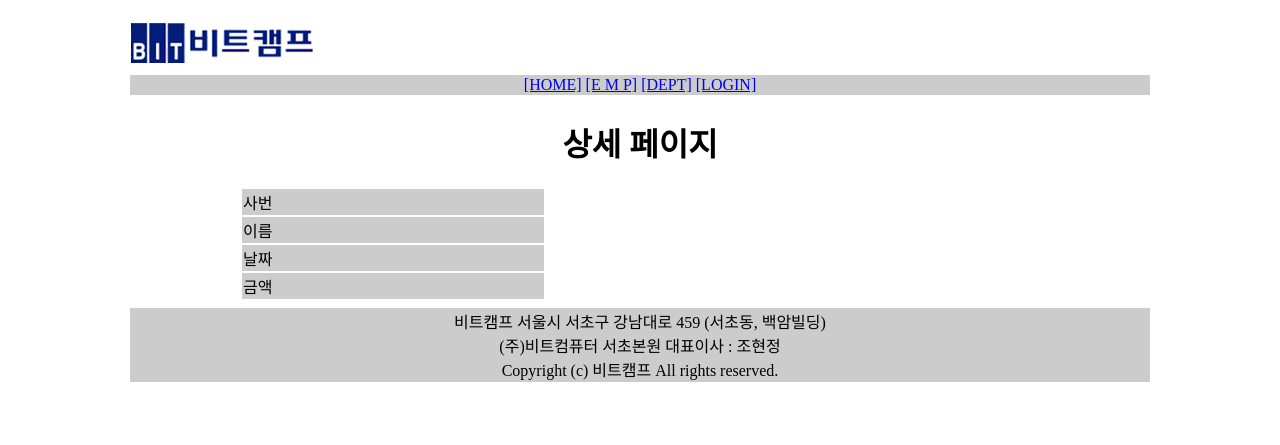
Repository: Deepsky110/LectureNotes
Page: http://localhost/web08/emp/detail.jsp
These files come from the project's save history. The page is drawn as it stood at one moment and after the next save; the edit follows.
The browser window is 1280 px wide. The pictures show the whole page.
The page is served by Tomcat 9. Other server files are loaded and not shown. Queries for data that is not in the repository find no rows.

Above is the page before, as saved 2020-07-07 03:38:09.

### web08/WebContent/emp/detail.jsp
<%@page import="java.util.ArrayList"%>
<%@page import="com.bit.emp.EmpDto"%>
<%@page import="com.bit.emp.EmpCRUD"%>
<%@ page language="java" contentType="text/html; charset=EUC-KR"
    pageEncoding="EUC-KR"%>
<!DOCTYPE html PUBLIC "-//W3C//DTD HTML 4.01 Transitional//EN" "http://www.w3.org/TR/html4/loose.dtd">
<html>
<head>
<meta http-equiv="Content-Type" content="text/html; charset=EUC-KR">
<title>Insert title here</title>
</head>
<body>
	<table width="1024" align="center">
		<tr>
			<td>
				<img alt="" src="img/logo.png">
			</td>
		</tr>
		<tr>
			<td align="center" bgcolor="#cccccc">
				<a href="../index.jsp">[HOME]</a>
				<a href="./emp/lisg.jsp">[E M P]</a>
				<a href="../dept/list.jsp">[DEPT]</a>
				<a href="../login/form.jsp">[LOGIN]</a>
			</td>
		</tr>
		<tr>
			<td>
				<!-- content start -->
				<center>
				<h1>상세 페이지</h1>
				<jsp:useBean id="bean" class="com.bit.emp.EmpDto"></jsp:useBean>
				<jsp:setProperty property="sabun" name="bean"/>
				<%
				bean = EmpCRUD.detail(bean.getSabun());
				%>
					<table width="800">
						<tr>
							<td width="300" bgcolor="#cccccc">사번</td>
							<td></td>
						</tr>
						<tr>
							<td width="300" bgcolor="#cccccc">이름</td>
							<td></td>
						</tr>
						<tr>
							<td width="300" bgcolor="#cccccc">날짜</td>
							<td></td>
						</tr>
						<tr>
							<td width="300" bgcolor="#cccccc">금액</td>
							<td></td>
						</tr>
						<tr>
							<td colspan="2" align="center">
							</td>
						</tr>
					</table>
				</form>
				</center>
				<!-- content end -->
			</td>
		</tr>
		<tr>
			<td align="center" bgcolor="#cccccc">
				비트캠프 서울시 서초구 강남대로 459 (서초동, 백암빌딩)<br>
				(주)비트컴퓨터 서초본원 대표이사 : 조현정<br>
				Copyright (c) 비트캠프 All rights reserved.<br>
			</td>
		</tr>
	</table>

</body>
</html>

### web08/src/com/bit/emp/EmpDto.java
package com.bit.emp;

import java.sql.Date;

// javaBean => DTO(Data Transfer Object) > VO(Value Object)
public class EmpDto {
	private int sabun;
	private String name;
	private Date nalja;
	private int pay;

	public int getSabun() {
		return sabun;
	}
	public void setSabun(int sabun) {
		this.sabun = sabun;
	}
	public String getName() {
		return name;
	}
	public void setName(String name) {
		this.name = name;
	}
	public Date getNalja() {
		return nalja;
	}
	public void setNalja(Date nalja) {
		this.nalja = nalja;
	}
	public int getPay() {
		return pay;
	}
	public void setPay(int pay) {
		this.pay = pay;
	}
}

### web08/src/com/bit/emp/EmpCRUD.java
package com.bit.emp;

import java.sql.Connection;
import java.sql.ResultSet;
import java.sql.SQLException;
import java.sql.Statement;
import java.util.ArrayList;

import com.bit.util.MyOracle;

public class EmpCRUD {
	private static Connection conn;
	private static Statement stmt;
	private static ResultSet rs;

	public static ArrayList<EmpDto> list(){
		ArrayList<EmpDto> list = new ArrayList<EmpDto>();
		String sql = "select * from emp02";
		try {
			conn = MyOracle.getConn();
			stmt = conn.createStatement();
			rs = stmt.executeQuery(sql);
			while(rs.next()){
				EmpDto bean = new EmpDto();
				bean.setSabun(rs.getInt("sabun"));
				bean.setName(rs.getString("name"));
				bean.setNalja(rs.getDate("nalja"));
				bean.setPay(rs.getInt("pay"));
				list.add(bean);
			}
		} catch (SQLException e) {
			e.printStackTrace();
		} finally {
			try {
				if(rs!=null)rs.close();
				if(stmt!=null)stmt.close();
				if(conn!=null)conn.close();
			} catch (SQLException e) {
				e.printStackTrace();
			}
		}
		return list;
	}

	public static void insert(int sabun, String name, int pay){
		String sql = "insert into emp02 values("+sabun+",'"+name+"',sysdate,"+pay+")";

		try {
			conn = MyOracle.getConn();
			stmt = conn.createStatement();
			stmt.executeUpdate(sql);
		} catch (SQLException e) {
			e.printStackTrace();
		} finally {
			try {
				if(stmt!=null)stmt.close();
				if(conn!=null)conn.close();
			} catch (SQLException e) {
				e.printStackTrace();
			}
		}
	}
	public static EmpDto detail(int sabun) {
		EmpDto bean = new EmpDto();
		String sql = "select * from emp02 where sabun="+sabun;
		try {
			conn = MyOracle.getConn();
			stmt = conn.createStatement();
			rs = stmt.executeQuery(sql);
			if(rs.next()){
				bean.setSabun(rs.getInt("sabun"));
				bean.setName(rs.getString("name"));
				bean.setNalja(rs.getDate("nalja"));
				bean.setPay(rs.getInt("pay"));
			}
		} catch (SQLException e) {
			e.printStackTrace();
		} finally {
			try {
				if(rs!=null)rs.close();
				if(stmt!=null)stmt.close();
				if(conn!=null)conn.close();
			} catch (SQLException e) {
				e.printStackTrace();
			}
		}

		return bean;
	}
}

### web08/src/com/bit/util/MyOracle.java
package com.bit.util;

import java.sql.Connection;
import java.sql.DriverManager;
import java.sql.SQLException;

public class MyOracle {
	private static String driver="oracle.jdbc.driver.OracleDriver";
	private static String url="jdbc:oracle:thin:@localhost:1521:xe";
	private static String user="scott";
	private static String password="tiger";
	private static Connection conn;

	private MyOracle() {}

	public static Connection getConn() throws SQLException{

		if(conn==null||conn.isClosed()){
			try{
				Class.forName(driver);
			} catch (ClassNotFoundException e) {
				System.out.println("ojdbc14.jar를 넣었는지 확인하고");
				System.out.println("드라이버 경로가 맞는지 확인하세요");
			}
			conn=DriverManager.getConnection(url,user,password);
		}

		return conn; // 필드값 리턴

	}
}

After the next save:
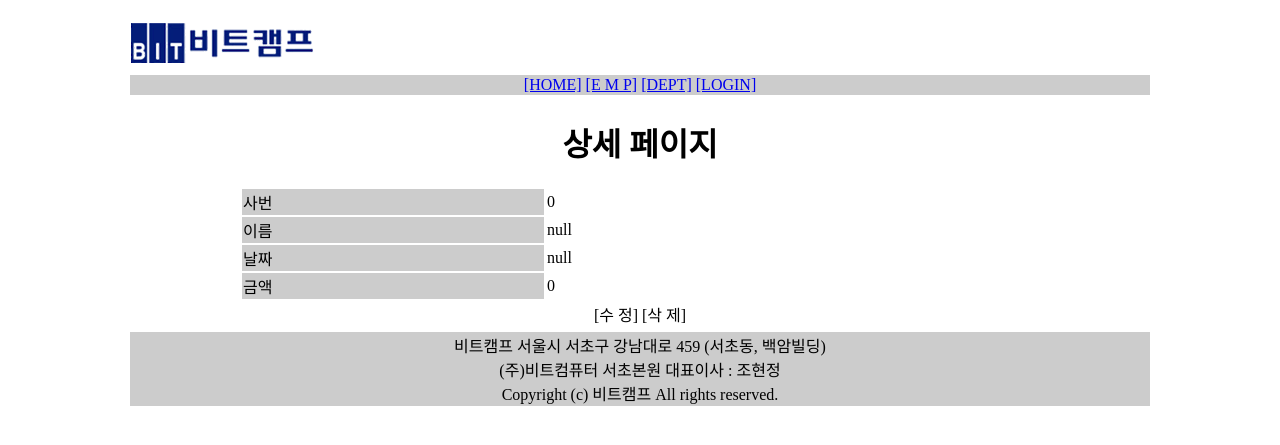
Saved 66 s later.
--- a/web08/WebContent/emp/detail.jsp
+++ b/web08/WebContent/emp/detail.jsp
@@ -37,22 +37,24 @@
 					<table width="800">
 						<tr>
 							<td width="300" bgcolor="#cccccc">사번</td>
-							<td></td>
+							<td><%=bean.getSabun() %></td>
 						</tr>
 						<tr>
 							<td width="300" bgcolor="#cccccc">이름</td>
-							<td></td>
+							<td><%=bean.getName() %></td>
 						</tr>
 						<tr>
 							<td width="300" bgcolor="#cccccc">날짜</td>
-							<td></td>
+							<td><%=bean.getNalja() %></td>
 						</tr>
 						<tr>
 							<td width="300" bgcolor="#cccccc">금액</td>
-							<td></td>
+							<td><%=bean.getPay() %></td>
 						</tr>
 						<tr>
 							<td colspan="2" align="center">
+								<a>[수 정]</a>
+								<a>[삭 제]</a>
 							</td>
 						</tr>
 					</table>
